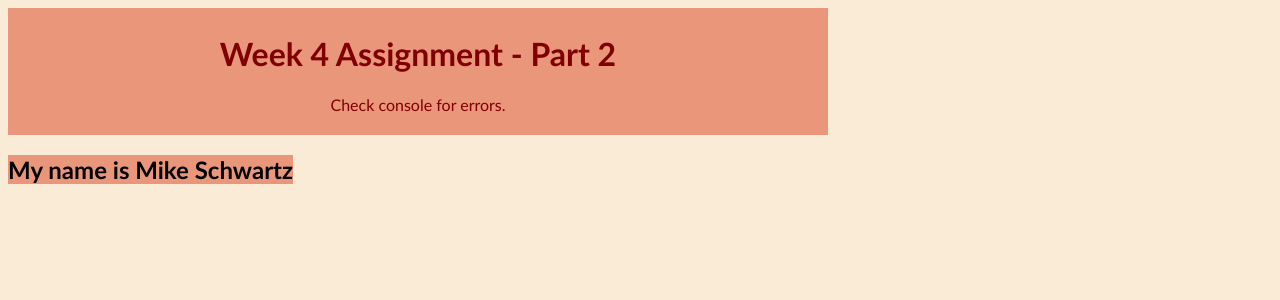
Repository: Ellusionism/prime-pw-week-4-assignment-part-2
Page: assignment/index.html
These files come from the project's save history. The page is drawn as it stood at one moment and after a run of saves; the edit follows.
The browser window is 1280 px wide. The pictures show the whole page.

Above is the page before, as saved 2022-11-16 17:55:41.

After the next 3 saves:
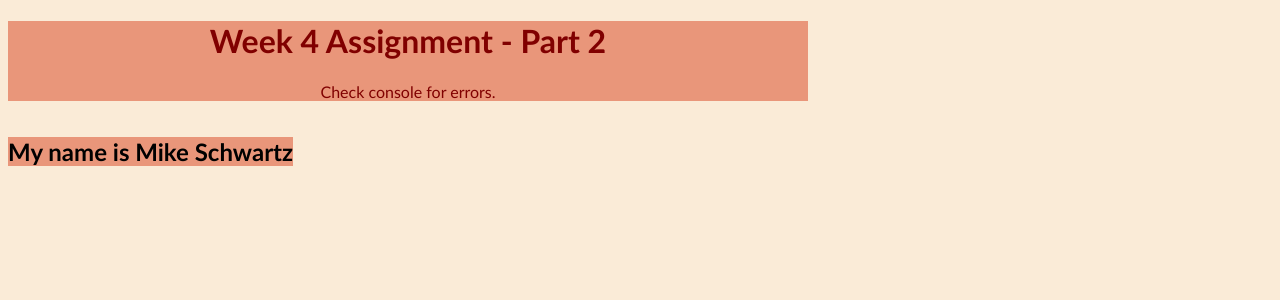
The 3 saves are shown as one change because they came seconds apart.
The last was saved 15 s later.
--- a/assignment/stylesheet.css
+++ b/assignment/stylesheet.css
@@ -7,8 +7,6 @@ body {
  background-color:darksalmon;
  text-align: center;
  width: 50em;
- padding: 5px 10px;
- display: block;
  color: maroon;
 }
 
